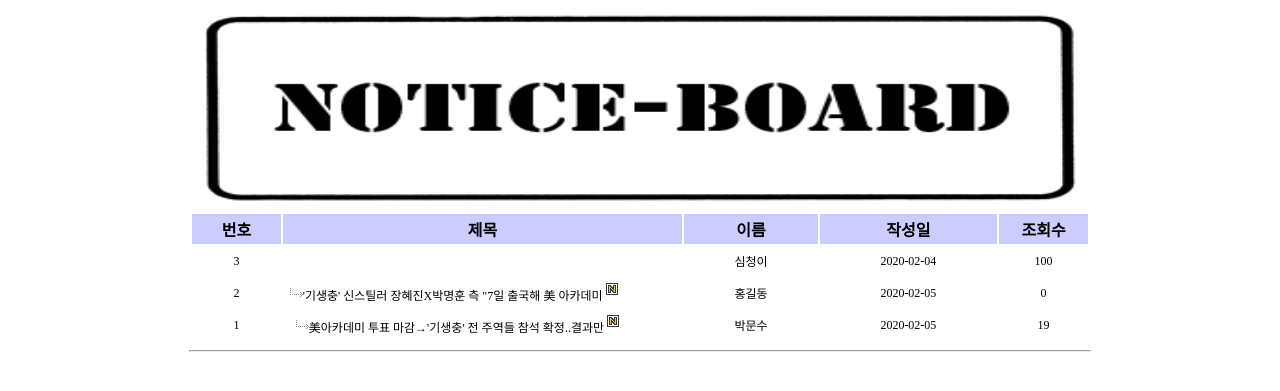
Repository: Rummikub/DBStudy
Page: HTML Project3/WebContent/html/list.html
An editor plug-in stored every save of this project. The page is shown before and after the next save, followed by the edit.
The browser window is 1280 px wide. The pictures show the whole page.

Above is the page before, as saved 2020-02-05 07:15:38.

After the next save:
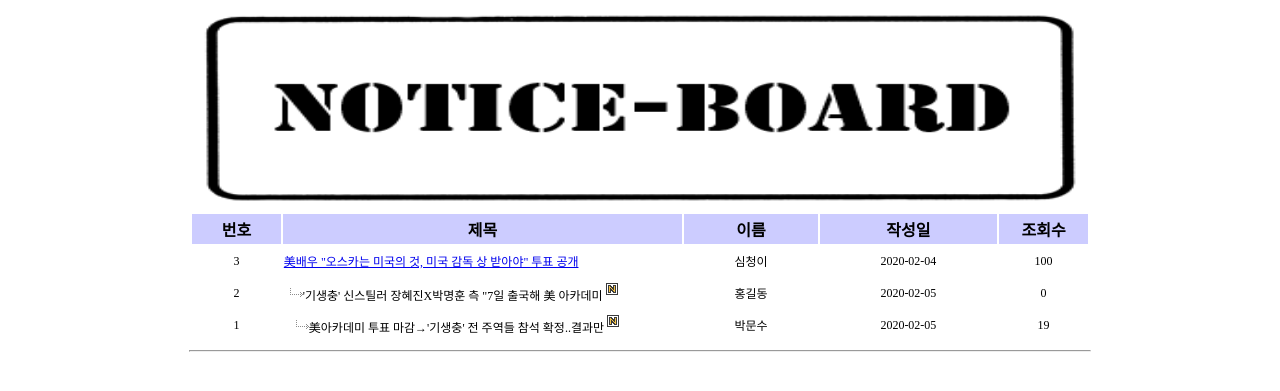
Saved 17 s later.
--- a/HTML Project3/WebContent/html/list.html
+++ b/HTML Project3/WebContent/html/list.html
@@ -21,7 +21,7 @@
 	  </tr>
 	  <tr height="30">
 	   <td width=10% align="center">3</td>
-	   <td width=45%><a href="detail.html>美배우 "오스카는 미국의 것, 미국 감독 상 받아야" 투표 공개</a></td>
+	   <td width=45%><a href="detail.html">美배우 "오스카는 미국의 것, 미국 감독 상 받아야" 투표 공개</a></td>
 	   <td width=15% align="center">심청이</td>
 	   <td width=20% align="center">2020-02-04</td>
 	   <td width=10% align="center">100</td>
